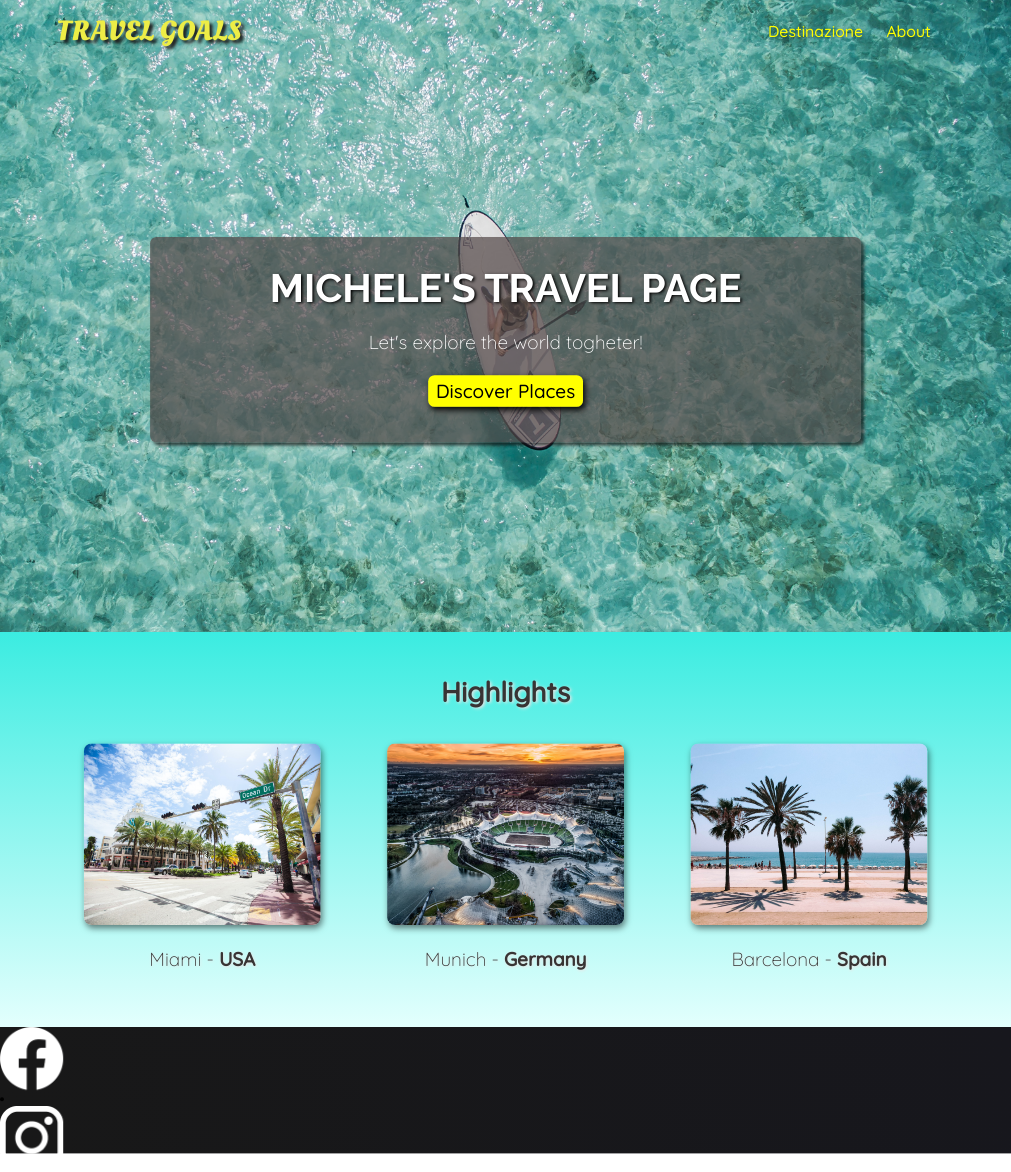
Repository: MicTomm/Travel-Goals
Page: index.html
The author's editor kept a copy of each file at every save. The page is drawn from the files as they stood at one save, then again after the next save.
The browser window is 1280 px wide. The pictures show the whole page, at 79% of full size.

Above is the page before, as saved 2023-06-08 16:56:06.

After the next save:
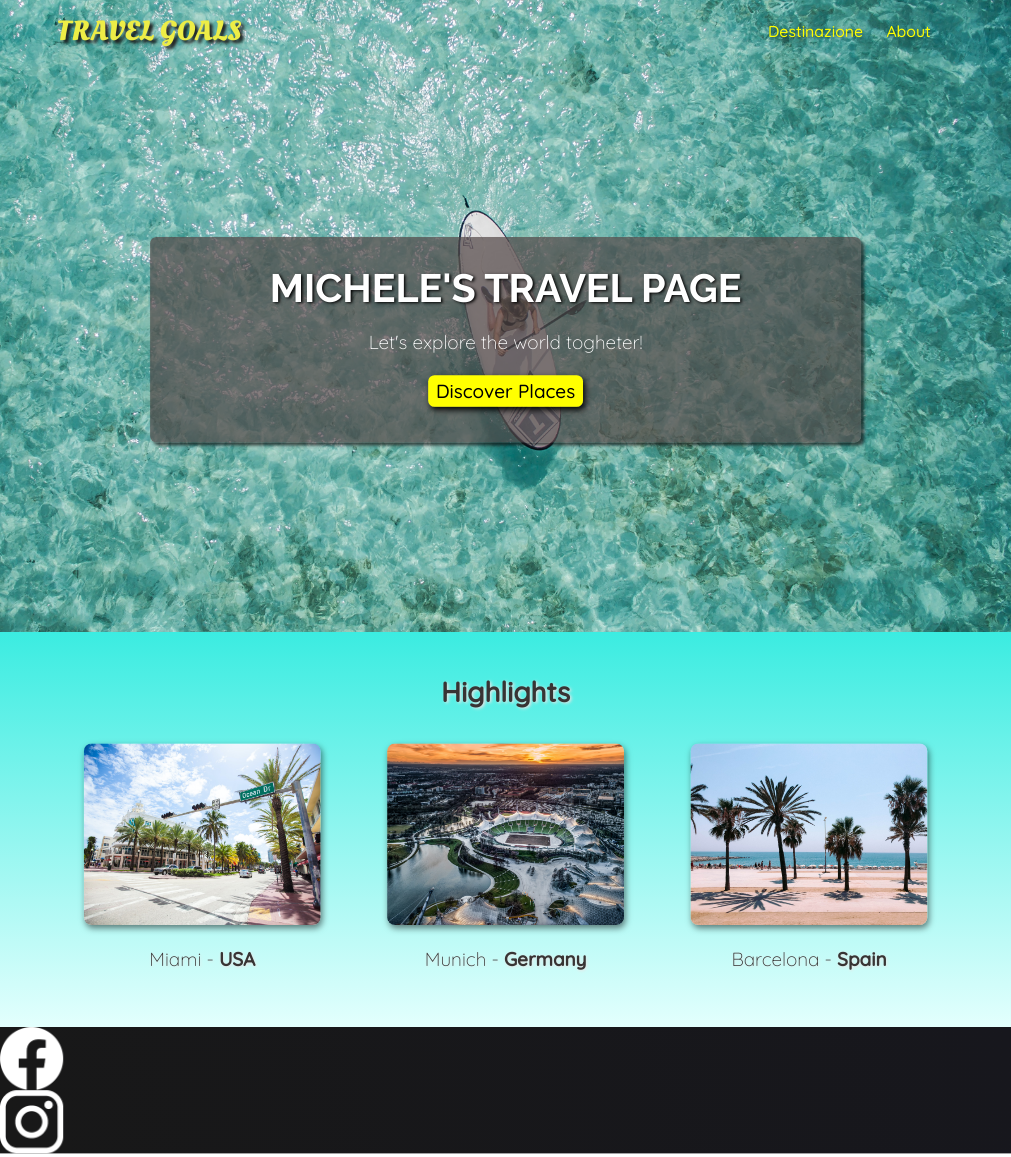
Saved 19 s later.
--- a/styles/shared.css
+++ b/styles/shared.css
@@ -53,11 +53,10 @@ footer{
     width: 100%;
 }
 
-footer ul{
-    display: flex;
-}
+
 
 footer li{
+    display: flex;
     width: 80px;
     height: 80px;
 }
